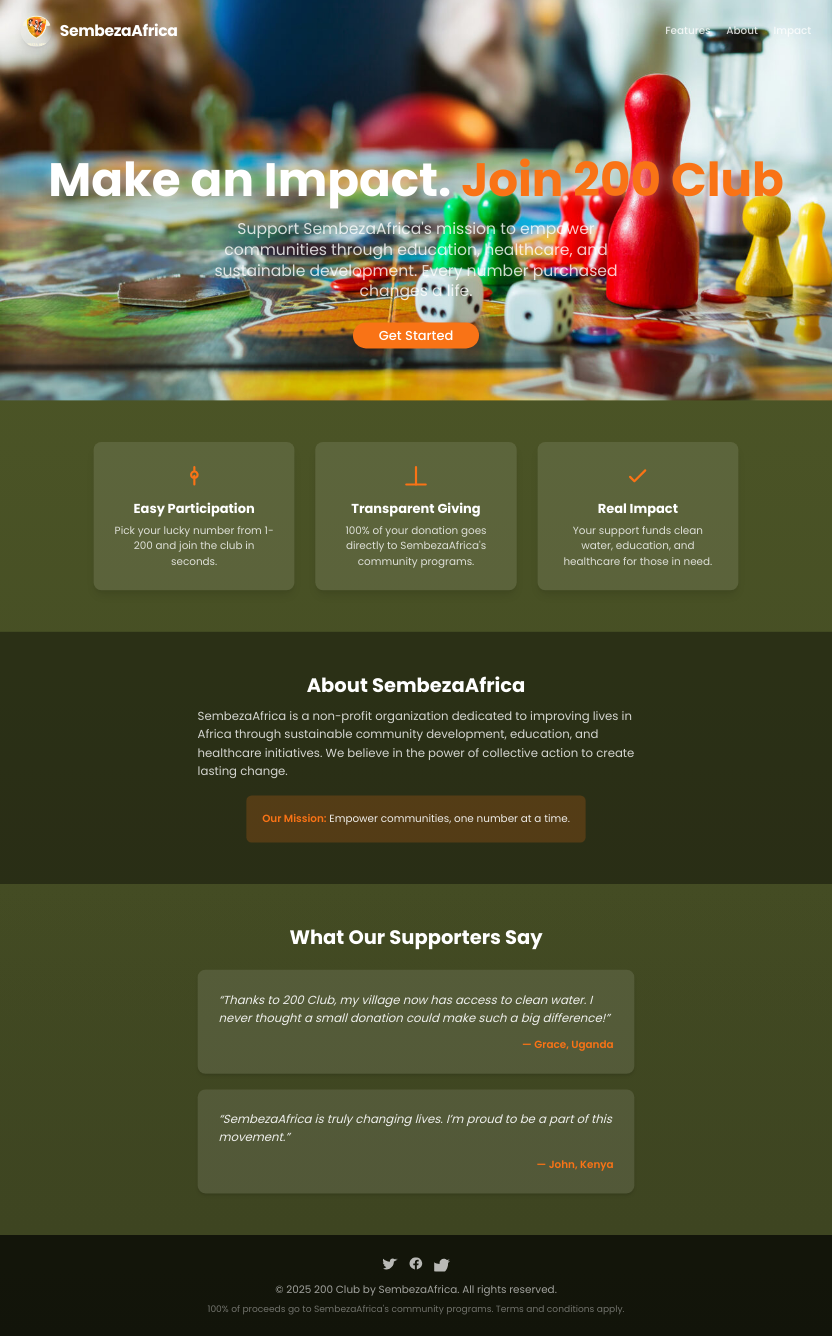
Repository: kaizoku010/200club
Page: /
These files come from the project's save history. The page is drawn as it stood at one moment and after the next save; the edit follows.
The browser window is 1280 px wide. The pictures show the whole page, at 65% of full size.
Backgrounds fixed to the window are drawn as part of the page. The project was rebuilt for these pictures with package versions that can differ from the ones it lists, and the page was loaded fresh each time. Also part of the build but not shown: vite.config.ts, src/components/ui/tooltip.tsx, src/components/Header.tsx, src/services/soundService.ts, src/components/NumberGrid.tsx, src/components/ui/use-toast.ts, src/components/ui/sound-button.tsx, src/components/RandomizeButton.tsx and 13 more.

Above is the page before, as saved 2025-06-10 10:44:47.

### index.html
<!DOCTYPE html>
<html lang="en">
  <head>
    <meta charset="UTF-8" />
    <meta name="viewport" content="width=device-width, initial-scale=1.0" />
    <title>lucky-number-arena-buy</title>
    <meta name="description" content="Lovable Generated Project" />
    <meta name="author" content="Lovable" />

    <meta property="og:title" content="lucky-number-arena-buy" />
    <meta property="og:description" content="Lovable Generated Project" />
    <meta property="og:type" content="website" />
    <meta property="og:image" content="https://lovable.dev/opengraph-image-p98pqg.png" />

    <meta name="twitter:card" content="summary_large_image" />
    <meta name="twitter:site" content="@lovable_dev" />
    <meta name="twitter:image" content="https://lovable.dev/opengraph-image-p98pqg.png" />
  </head>

  <body>
    <div id="root"></div>
    <!-- IMPORTANT: DO NOT REMOVE THIS SCRIPT TAG OR THIS VERY COMMENT! -->
    <script src="https://cdn.gpteng.co/gptengineer.js" type="module"></script>
    <script type="module" src="/src/main.tsx"></script>
  </body>
</html>

### src/App.tsx
import { Toaster } from "@/components/ui/toaster";
import { Toaster as Sonner } from "@/components/ui/sonner";
import { TooltipProvider } from "@/components/ui/tooltip";
import { QueryClient, QueryClientProvider } from "@tanstack/react-query";
import { BrowserRouter, Routes, Route, Navigate } from "react-router-dom";
import LandingPage from "./pages/LandingPage";
import GamePage from "./pages/GamePage";
import NotFound from "./pages/NotFound";

const queryClient = new QueryClient();

const App = () => (
  <QueryClientProvider client={queryClient}>
    <TooltipProvider>
      <Toaster />
      <Sonner />
      <BrowserRouter>
        <Routes>
          <Route path="/" element={<LandingPage />} />
          <Route path="/game" element={<GamePage />} />
          {/* Redirect main /index to the new game page for backward compatibility */}
          <Route path="/index" element={<Navigate to="/game" replace />} />
          <Route path="*" element={<NotFound />} />
        </Routes>
      </BrowserRouter>
    </TooltipProvider>
  </QueryClientProvider>
);

export default App;

### src/index.css

@import url('https://fonts.googleapis.com/css2?family=Poppins:wght@400;500;600;700&display=swap');

@tailwind base;
@tailwind components;
@tailwind utilities;

@layer base {
  :root {
    --background: 0 0% 100%;
    --foreground: 222.2 84% 4.9%;

    --card: 0 0% 100%;
    --card-foreground: 222.2 84% 4.9%;

    --popover: 0 0% 100%;
    --popover-foreground: 222.2 84% 4.9%;

    --primary: 222.2 47.4% 11.2%;
    --primary-foreground: 210 40% 98%;

    --secondary: 210 40% 96.1%;
    --secondary-foreground: 222.2 47.4% 11.2%;

    --muted: 210 40% 96.1%;
    --muted-foreground: 215.4 16.3% 46.9%;

    --accent: 210 40% 96.1%;
    --accent-foreground: 222.2 47.4% 11.2%;

    --destructive: 0 84.2% 60.2%;
    --destructive-foreground: 210 40% 98%;

    --border: 214.3 31.8% 91.4%;
    --input: 214.3 31.8% 91.4%;
    --ring: 222.2 84% 4.9%;

    --radius: 0.5rem;
  }

  .dark {
    --background: 222.2 84% 4.9%;
    --foreground: 210 40% 98%;

    --card: 222.2 84% 4.9%;
    --card-foreground: 210 40% 98%;

    --popover: 222.2 84% 4.9%;
    --popover-foreground: 210 40% 98%;

    --primary: 210 40% 98%;
    --primary-foreground: 222.2 47.4% 11.2%;

    --secondary: 217.2 32.6% 17.5%;
    --secondary-foreground: 210 40% 98%;

    --muted: 217.2 32.6% 17.5%;
    --muted-foreground: 215 20.2% 65.1%;

    --accent: 217.2 32.6% 17.5%;
    --accent-foreground: 210 40% 98%;

    --destructive: 0 62.8% 30.6%;
    --destructive-foreground: 210 40% 98%;

    --border: 217.2 32.6% 17.5%;
    --input: 217.2 32.6% 17.5%;
    --ring: 212.7 26.8% 83.9%;
  }
}

@layer base {
  * {
    @apply border-border;
  }

  body {
    @apply bg-game-background text-game-text font-sans;
  }

  .number-card {
    @apply flex items-center justify-center bg-game-primary rounded-lg text-white font-bold text-2xl shadow-lg transition-all duration-300 hover:scale-105 hover:bg-game-secondary cursor-pointer;
    aspect-ratio: 1 / 1;
  }

  .number-card.selected {
    @apply bg-game-accent scale-105 ring-2 ring-white;
    animation: pulse 2s infinite;
  }

  .number-card.purchased {
    @apply bg-gray-500 opacity-50 cursor-not-allowed hover:scale-100;
  }

  .action-button {
    @apply bg-game-accent text-white font-bold py-3 px-6 rounded-full shadow-lg hover:bg-game-highlight transition-colors duration-300;
  }

  .payment-option {
    @apply flex items-center space-x-2 p-4 border-2 rounded-xl transition-all duration-300;
  }

  .payment-option.selected {
    @apply border-game-accent bg-opacity-10 bg-game-accent;
  }

  @keyframes pulse {
    0%, 100% {
      transform: scale(1.05);
    }
    50% {
      transform: scale(1.1);
    }
  }
}

### src/components/ui/toaster.tsx
import { useToast } from "@/hooks/use-toast"
import {
  Toast,
  ToastClose,
  ToastDescription,
  ToastProvider,
  ToastTitle,
  ToastViewport,
} from "@/components/ui/toast"

export function Toaster() {
  const { toasts } = useToast()

  return (
    <ToastProvider>
      {toasts.map(function ({ id, title, description, action, ...props }) {
        return (
          <Toast key={id} {...props}>
            <div className="grid gap-1">
              {title && <ToastTitle>{title}</ToastTitle>}
              {description && (
                <ToastDescription>{description}</ToastDescription>
              )}
            </div>
            {action}
            <ToastClose />
          </Toast>
        )
      })}
      <ToastViewport />
    </ToastProvider>
  )
}

### src/components/ui/sonner.tsx
import { useTheme } from "next-themes"
import { Toaster as Sonner, toast } from "sonner"

type ToasterProps = React.ComponentProps<typeof Sonner>

const Toaster = ({ ...props }: ToasterProps) => {
  const { theme = "system" } = useTheme()

  return (
    <Sonner
      theme={theme as ToasterProps["theme"]}
      className="toaster group"
      toastOptions={{
        classNames: {
          toast:
            "group toast group-[.toaster]:bg-background group-[.toaster]:text-foreground group-[.toaster]:border-border group-[.toaster]:shadow-lg",
          description: "group-[.toast]:text-muted-foreground",
          actionButton:
            "group-[.toast]:bg-primary group-[.toast]:text-primary-foreground",
          cancelButton:
            "group-[.toast]:bg-muted group-[.toast]:text-muted-foreground",
        },
      }}
      {...props}
    />
  )
}

export { Toaster, toast }

### src/components/ui/toast.tsx
import * as React from "react"
import * as ToastPrimitives from "@radix-ui/react-toast"
import { cva, type VariantProps } from "class-variance-authority"
import { X } from "lucide-react"

import { cn } from "@/lib/utils"

const ToastProvider = ToastPrimitives.Provider

const ToastViewport = React.forwardRef<
  React.ElementRef<typeof ToastPrimitives.Viewport>,
  React.ComponentPropsWithoutRef<typeof ToastPrimitives.Viewport>
>(({ className, ...props }, ref) => (
  <ToastPrimitives.Viewport
    ref={ref}
    className={cn(
      "fixed top-0 z-[100] flex max-h-screen w-full flex-col-reverse p-4 sm:bottom-0 sm:right-0 sm:top-auto sm:flex-col md:max-w-[420px]",
      className
    )}
    {...props}
  />
))
ToastViewport.displayName = ToastPrimitives.Viewport.displayName

const toastVariants = cva(
  "group pointer-events-auto relative flex w-full items-center justify-between space-x-4 overflow-hidden rounded-md border p-6 pr-8 shadow-lg transition-all data-[swipe=cancel]:translate-x-0 data-[swipe=end]:translate-x-[var(--radix-toast-swipe-end-x)] data-[swipe=move]:translate-x-[var(--radix-toast-swipe-move-x)] data-[swipe=move]:transition-none data-[state=open]:animate-in data-[state=closed]:animate-out data-[swipe=end]:animate-out data-[state=closed]:fade-out-80 data-[state=closed]:slide-out-to-right-full data-[state=open]:slide-in-from-top-full data-[state=open]:sm:slide-in-from-bottom-full",
  {
    variants: {
      variant: {
        default: "border bg-background text-foreground",
        destructive:
          "destructive group border-destructive bg-destructive text-destructive-foreground",
      },
    },
    defaultVariants: {
      variant: "default",
    },
  }
)

const Toast = React.forwardRef<
  React.ElementRef<typeof ToastPrimitives.Root>,
  React.ComponentPropsWithoutRef<typeof ToastPrimitives.Root> &
    VariantProps<typeof toastVariants>
>(({ className, variant, ...props }, ref) => {
  return (
    <ToastPrimitives.Root
      ref={ref}
      className={cn(toastVariants({ variant }), className)}
      {...props}
    />
  )
})
Toast.displayName = ToastPrimitives.Root.displayName

const ToastAction = React.forwardRef<
  React.ElementRef<typeof ToastPrimitives.Action>,
  React.ComponentPropsWithoutRef<typeof ToastPrimitives.Action>
>(({ className, ...props }, ref) => (
  <ToastPrimitives.Action
    ref={ref}
    className={cn(
      "inline-flex h-8 shrink-0 items-center justify-center rounded-md border bg-transparent px-3 text-sm font-medium ring-offset-background transition-colors hover:bg-secondary focus:outline-none focus:ring-2 focus:ring-ring focus:ring-offset-2 disabled:pointer-events-none disabled:opacity-50 group-[.destructive]:border-muted/40 group-[.destructive]:hover:border-destructive/30 group-[.destructive]:hover:bg-destructive group-[.destructive]:hover:text-destructive-foreground group-[.destructive]:focus:ring-destructive",
      className
    )}
    {...props}
  />
))
ToastAction.displayName = ToastPrimitives.Action.displayName

const ToastClose = React.forwardRef<
  React.ElementRef<typeof ToastPrimitives.Close>,
  React.ComponentPropsWithoutRef<typeof ToastPrimitives.Close>
>(({ className, ...props }, ref) => (
  <ToastPrimitives.Close
    ref={ref}
    className={cn(
      "absolute right-2 top-2 rounded-md p-1 text-foreground/50 opacity-0 transition-opacity hover:text-foreground focus:opacity-100 focus:outline-none focus:ring-2 group-hover:opacity-100 group-[.destructive]:text-red-300 group-[.destructive]:hover:text-red-50 group-[.destructive]:focus:ring-red-400 group-[.destructive]:focus:ring-offset-red-600",
      className
    )}
    toast-close=""
    {...props}
  >
    <X className="h-4 w-4" />
  </ToastPrimitives.Close>
))
ToastClose.displayName = ToastPrimitives.Close.displayName

const ToastTitle = React.forwardRef<
  React.ElementRef<typeof ToastPrimitives.Title>,
  React.ComponentPropsWithoutRef<typeof ToastPrimitives.Title>
>(({ className, ...props }, ref) => (
  <ToastPrimitives.Title
    ref={ref}
    className={cn("text-sm font-semibold", className)}
    {...props}
  />
))
ToastTitle.displayName = ToastPrimitives.Title.displayName

const ToastDescription = React.forwardRef<
  React.ElementRef<typeof ToastPrimitives.Description>,
  React.ComponentPropsWithoutRef<typeof ToastPrimitives.Description>
>(({ className, ...props }, ref) => (
  <ToastPrimitives.Description
    ref={ref}
    className={cn("text-sm opacity-90", className)}
    {...props}
  />
))
ToastDescription.displayName = ToastPrimitives.Description.displayName

type ToastProps = React.ComponentPropsWithoutRef<typeof Toast>

type ToastActionElement = React.ReactElement<typeof ToastAction>

export {
  type ToastProps,
  type ToastActionElement,
  ToastProvider,
  ToastViewport,
  Toast,
  ToastTitle,
  ToastDescription,
  ToastClose,
  ToastAction,
}

### src/components/ui/button.tsx
import * as React from "react"
import { Slot } from "@radix-ui/react-slot"
import { cva, type VariantProps } from "class-variance-authority"

import { cn } from "@/lib/utils"

const buttonVariants = cva(
  "inline-flex items-center justify-center gap-2 whitespace-nowrap rounded-md text-sm font-medium ring-offset-background transition-colors focus-visible:outline-none focus-visible:ring-2 focus-visible:ring-ring focus-visible:ring-offset-2 disabled:pointer-events-none disabled:opacity-50 [&_svg]:pointer-events-none [&_svg]:size-4 [&_svg]:shrink-0",
  {
    variants: {
      variant: {
        default: "bg-primary text-primary-foreground hover:bg-primary/90",
        destructive:
          "bg-destructive text-destructive-foreground hover:bg-destructive/90",
        outline:
          "border border-input bg-background hover:bg-accent hover:text-accent-foreground",
        secondary:
          "bg-secondary text-secondary-foreground hover:bg-secondary/80",
        ghost: "hover:bg-accent hover:text-accent-foreground",
        link: "text-primary underline-offset-4 hover:underline",
      },
      size: {
        default: "h-10 px-4 py-2",
        sm: "h-9 rounded-md px-3",
        lg: "h-11 rounded-md px-8",
        icon: "h-10 w-10",
      },
    },
    defaultVariants: {
      variant: "default",
      size: "default",
    },
  }
)

export interface ButtonProps
  extends React.ButtonHTMLAttributes<HTMLButtonElement>,
    VariantProps<typeof buttonVariants> {
  asChild?: boolean
}

const Button = React.forwardRef<HTMLButtonElement, ButtonProps>(
  ({ className, variant, size, asChild = false, ...props }, ref) => {
    const Comp = asChild ? Slot : "button"
    return (
      <Comp
        className={cn(buttonVariants({ variant, size, className }))}
        ref={ref}
        {...props}
      />
    )
  }
)
Button.displayName = "Button"

export { Button, buttonVariants }

### src/pages/main.css
/* #main-page{
    background: url('/assets/images/sembeza-africa.jpg') no-repeat center center fixed;
    background-size: cover;
} */

#hero-section{
    background: url('../imgs/bg2.jpeg') no-repeat center center fixed;
}

#nav{
z-index: 1111111111;
    background-color: rgba(255, 0, 0, 0);
    position: fixed;
    width: 100%;
}

#hero-title{
    margin-top: 10rem;
}

### tailwind.config.ts

import type { Config } from "tailwindcss";

export default {
	darkMode: ["class"],
	content: [
		"./pages/**/*.{ts,tsx}",
		"./components/**/*.{ts,tsx}",
		"./app/**/*.{ts,tsx}",
		"./src/**/*.{ts,tsx}",
	],
	prefix: "",
	theme: {
		container: {
			center: true,
			padding: '2rem',
			screens: {
				'2xl': '1400px'
			}
		},
		extend: {
			fontFamily: {
				sans: ['Poppins', 'sans-serif'],
			},
			colors: {
				border: 'hsl(var(--border))',
				input: 'hsl(var(--input))',
				ring: 'hsl(var(--ring))',
				background: 'hsl(var(--background))',
				foreground: 'hsl(var(--foreground))',
				primary: {
					DEFAULT: 'hsl(var(--primary))',
					foreground: 'hsl(var(--primary-foreground))'
				},
				secondary: {
					DEFAULT: 'hsl(var(--secondary))',
					foreground: 'hsl(var(--secondary-foreground))'
				},
				destructive: {
					DEFAULT: 'hsl(var(--destructive))',
					foreground: 'hsl(var(--destructive-foreground))'
				},
				muted: {
					DEFAULT: 'hsl(var(--muted))',
					foreground: 'hsl(var(--muted-foreground))'
				},
				accent: {
					DEFAULT: 'hsl(var(--accent))',
					foreground: 'hsl(var(--accent-foreground))'
				},
				popover: {
					DEFAULT: 'hsl(var(--popover))',
					foreground: 'hsl(var(--popover-foreground))'
				},
				card: {
					DEFAULT: 'hsl(var(--card))',
					foreground: 'hsl(var(--card-foreground))'
				},
				sidebar: {
					DEFAULT: 'hsl(var(--sidebar-background))',
					foreground: 'hsl(var(--sidebar-foreground))',
					primary: 'hsl(var(--sidebar-primary))',
					'primary-foreground': 'hsl(var(--sidebar-primary-foreground))',
					accent: 'hsl(var(--sidebar-accent))',
					'accent-foreground': 'hsl(var(--sidebar-accent-foreground))',
					border: 'hsl(var(--sidebar-border))',
					ring: 'hsl(var(--sidebar-ring))'
				},
				game: {
					'primary': '#505a28',
					'secondary': '#3e4521',
					'accent': '#F97316',
					'background': '#1A1F2C',
					'text': '#FFFFFF',
					'highlight': '#D946EF',
				}
			},
			borderRadius: {
				lg: 'var(--radius)',
				md: 'calc(var(--radius) - 2px)',
				sm: 'calc(var(--radius) - 4px)'
			},
			dropShadow: {
				'glow': '0 0 10px rgba(255, 255, 255, 0.5)'
			},
			keyframes: {
				'accordion-down': {
					from: {
						height: '0'
					},
					to: {
						height: 'var(--radix-accordion-content-height)'
					}
				},
				'accordion-up': {
					from: {
						height: 'var(--radix-accordion-content-height)'
					},
					to: {
						height: '0'
					}
				},
				'bounce': {
					'0%, 100%': { transform: 'translateY(0)' },
					'50%': { transform: 'translateY(-20px)' }
				},
				'spin': {
					'0%': { transform: 'rotate(0deg)' },
					'100%': { transform: 'rotate(360deg)' }
				},
				'pulse': {
					'0%, 100%': { opacity: '1' },
					'50%': { opacity: '0.5' }
				},
				'float': {
					'0%, 100%': { transform: 'translateY(0)' },
					'50%': { transform: 'translateY(-10px)' }
				},
				'fadeIn': {
					'0%': { opacity: '0', transform: 'translateY(10px)' },
					'100%': { opacity: '1', transform: 'translateY(0)' }
				},
				'scaleIn': {
					'0%': { opacity: '0', transform: 'scale(0.8)' },
					'100%': { opacity: '1', transform: 'scale(1)' }
				},
				'slideUp': {
					'0%': { opacity: '0', transform: 'translateY(20px)' },
					'100%': { opacity: '1', transform: 'translateY(0)' }
				},
				'progressBar': {
					'0%': { width: '0%' },
					'100%': { width: '100%' }
				}
			},
			animation: {
				'accordion-down': 'accordion-down 0.2s ease-out',
				'accordion-up': 'accordion-up 0.2s ease-out',
				'bounce': 'bounce 1s ease-in-out infinite',
				'spin': 'spin 1s linear infinite',
				'pulse': 'pulse 2s cubic-bezier(0.4, 0, 0.6, 1) infinite',
				'float': 'float 3s ease-in-out infinite',
				'fadeIn': 'fadeIn 0.5s ease-out',
				'scaleIn': 'scaleIn 0.3s ease-out',
				'slideUp': 'slideUp 0.4s ease-out',
				'progressBar': 'progressBar 1s ease-out forwards'
			}
		}
	},
	plugins: [require("tailwindcss-animate")],
} satisfies Config;

Loaded but not shown: src/main.tsx (common file); src/hooks/use-toast.ts (common file); src/lib/utils.ts (common file); src/pages/LandingPage.tsx (113 lines, source omitted)

After the next save:
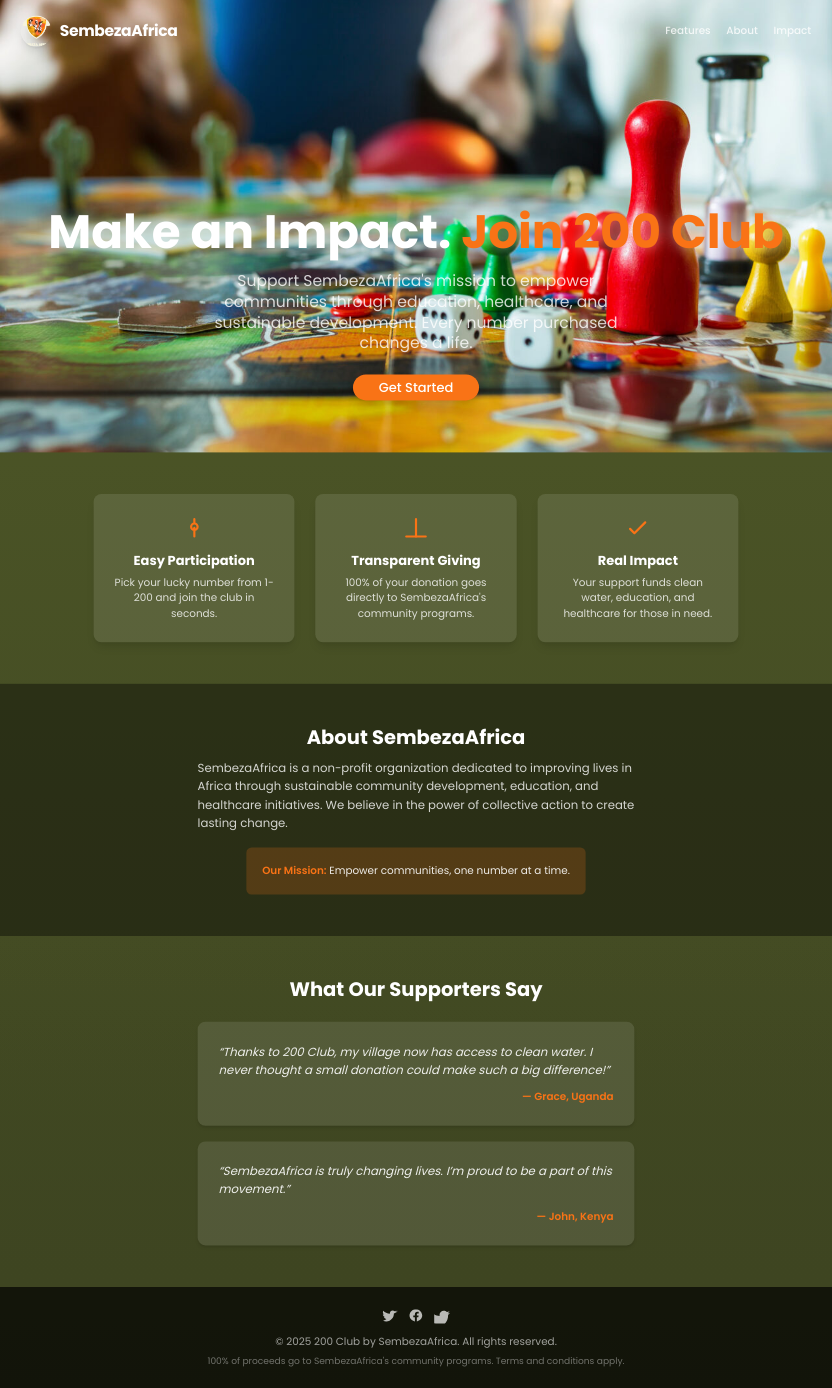
Saved 5 s later.
--- a/src/pages/main.css
+++ b/src/pages/main.css
@@ -15,5 +15,5 @@ z-index: 1111111111;
 }
 
 #hero-title{
-    margin-top: 10rem;
+    margin-top: 15rem;
 }
